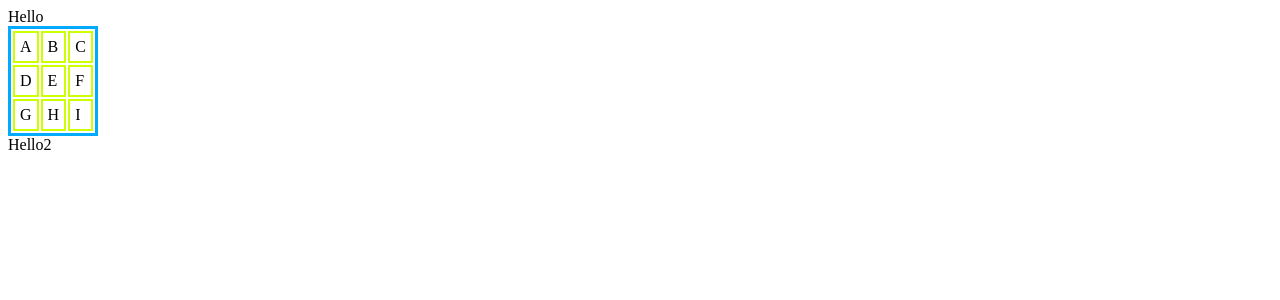
Repository: lixinso/html5
Page: workspace/CSS3/WebContent/box/box_box_shadow.html
An editor plug-in stored every save of this project. The page is shown before and after the next save, followed by the edit.
The browser window is 1280 px wide. The pictures show the whole page.

Above is the page before, as saved 2011-05-28 01:31:53.

### workspace/CSS3/WebContent/box/box_box_shadow.html
<?xml version="1.0" encoding="UTF-8" ?>
<!DOCTYPE html PUBLIC "-//W3C//DTD XHTML 1.0 Transitional//EN" "http://www.w3.org/TR/xhtml1/DTD/xhtml1-transitional.dtd">
<html xmlns="http://www.w3.org/1999/xhtml">
<head>
<meta http-equiv="Content-Type" content="text/html; charset=UTF-8" />
<title>Insert title here</title>

	<style type="text/css">

		table{
			border: solid 3px #00aaff;
		}

		td{
			border: solid 2px #ccff00;
			padding: 5px;
		}

	</style>


</head>
<body>

	Hello

	<table>
		<tr>
			<td>A</td>
			<td>B</td>
			<td>C</td>
		</tr>
		<tr>
			<td>D</td>
			<td>E</td>
			<td>F</td>
		</tr>
		<tr>
			<td>G</td>
			<td>H</td>
			<td>I</td>
		</tr>
	</table>

	Hello2

</body>
</html>

After the next save:
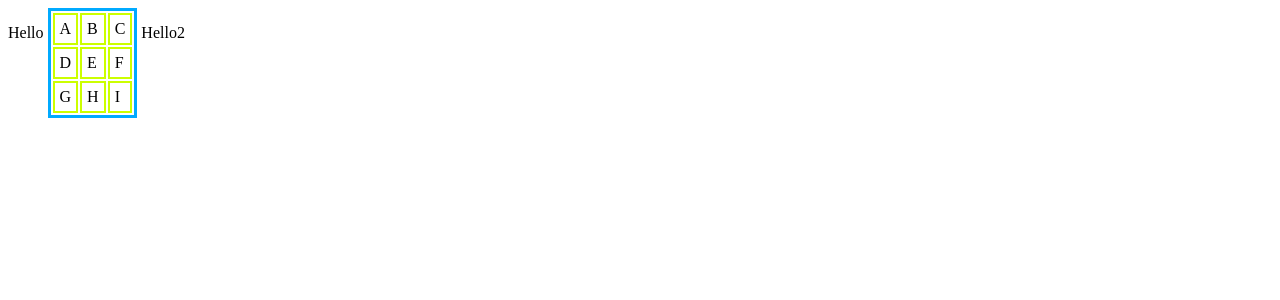
Saved 21 s later.
--- a/workspace/CSS3/WebContent/box/box_box_shadow.html
+++ b/workspace/CSS3/WebContent/box/box_box_shadow.html
@@ -9,6 +9,8 @@
 
 		table{
 			border: solid 3px #00aaff;
+			display: inline-table;
+
 		}
 
 		td{
